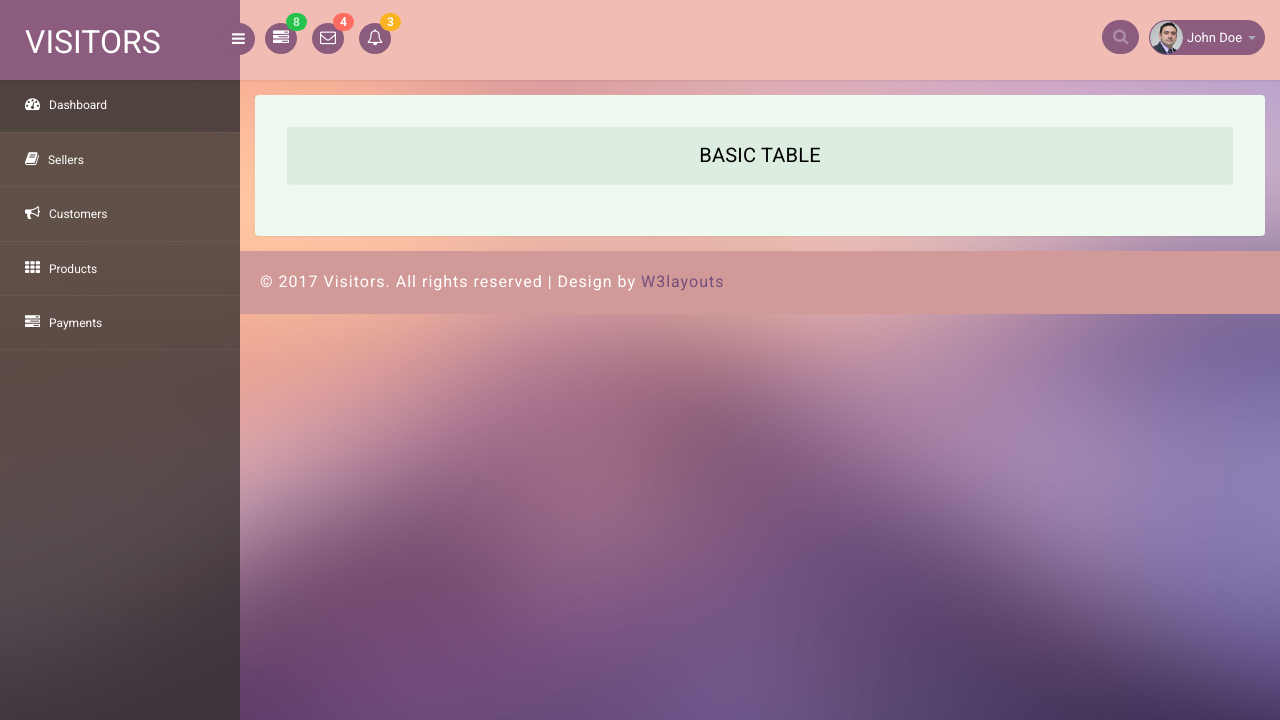
Repository: 72-faisal/Doctor_Finder
Page: http://localhost/Khajina_Doctor/admin-doctor_list.jsp
An editor plug-in stored every save of this project. The page is shown before and after the next save, followed by the edit.
The browser window is 1280 px wide. The pictures show the whole page.
The page is served by Tomcat 9. Other server files are loaded and not shown. Queries for data that is not in the repository find no rows.

Above is the page before, as saved 2023-05-06 19:28:38.

### Khajina_Doctor/src/main/webapp/admin-doctor_list.jsp
<%@page import="java.util.List"%>
<%@page import="model.Doctordata"%>
<%@page import="dao.Doctordao"%>
<%@page import="model.Patientdata"%>
<%@ page language="java" contentType="text/html; charset=UTF-8"
    pageEncoding="UTF-8"%>
<!--A Design by W3layouts
Author: W3layout
Author URL: http://w3layouts.com
License: Creative Commons Attribution 3.0 Unported
License URL: http://creativecommons.org/licenses/by/3.0/
-->
<!DOCTYPE html>
<head>
<title>Visitors an Admin Panel Category Bootstrap Responsive Website Template | Responsive_table :: w3layouts</title>
<meta name="viewport" content="width=device-width, initial-scale=1">
<meta http-equiv="Content-Type" content="text/html; charset=utf-8" />
<meta name="keywords" content="Visitors Responsive web template, Bootstrap Web Templates, Flat Web Templates, Android Compatible web template,
Smartphone Compatible web template, free webdesigns for Nokia, Samsung, LG, SonyEricsson, Motorola web design" />
<script type="application/x-javascript"> addEventListener("load", function() { setTimeout(hideURLbar, 0); }, false); function hideURLbar(){ window.scrollTo(0,1); } </script>
<!-- bootstrap-css -->
<link rel="stylesheet" href="admin/css/bootstrap.min.css" >
<!-- //bootstrap-css -->
<!-- Custom CSS -->
<link href="admin/css/style.css" rel='stylesheet' type='text/css' />
<link href="admin/css/style-responsive.css" rel="stylesheet"/>
<!-- font CSS -->
<link href='//fonts.googleapis.com/css?family=Roboto:400,100,100italic,300,300italic,400italic,500,500italic,700,700italic,900,900italic' rel='stylesheet' type='text/css'>
<!-- font-awesome icons -->
<link rel="stylesheet" href="admin/css/font.css" type="text/css"/>
<link href="admin/css/font-awesome.css" rel="stylesheet">
<!-- //font-awesome icons -->
<script src="admin/js/jquery2.0.3.min.js"></script>
</head>
<body>
<section id="container">
<!--header start-->
<header class="header fixed-top clearfix">
<!--logo start-->
<div class="brand">

    <a href="index.html" class="logo">
        VISITORS
    </a>
    <div class="sidebar-toggle-box">
        <div class="fa fa-bars"></div>
    </div>
</div>
<!--logo end-->

<div class="nav notify-row" id="top_menu">
    <!--  notification start -->
    <ul class="nav top-menu">
        <!-- settings start -->
        <li class="dropdown">
            <a data-toggle="dropdown" class="dropdown-toggle" href="#">
                <i class="fa fa-tasks"></i>
                <span class="badge bg-success">8</span>
            </a>
            <ul class="dropdown-menu extended tasks-bar">
                <li>
                    <p class="">You have 8 pending tasks</p>
                </li>
                <li>
                    <a href="#">
                        <div class="task-info clearfix">
                            <div class="desc pull-left">
                                <h5>Target Sell</h5>
                                <p>25% , Deadline  12 June’13</p>
                            </div>
                                    <span class="notification-pie-chart pull-right" data-percent="45">
                            <span class="percent"></span>
                            </span>
                        </div>
                    </a>
                </li>
                <li>
                    <a href="#">
                        <div class="task-info clearfix">
                            <div class="desc pull-left">
                                <h5>Product Delivery</h5>
                                <p>45% , Deadline  12 June’13</p>
                            </div>
                                    <span class="notification-pie-chart pull-right" data-percent="78">
                            <span class="percent"></span>
                            </span>
                        </div>
                    </a>
                </li>
                <li>
                    <a href="#">
                        <div class="task-info clearfix">
                            <div class="desc pull-left">
                                <h5>Payment collection</h5>
                                <p>87% , Deadline  12 June’13</p>
                            </div>
                                    <span class="notification-pie-chart pull-right" data-percent="60">
                            <span class="percent"></span>
                            </span>
                        </div>
                    </a>
                </li>
                <li>
                    <a href="#">
                        <div class="task-info clearfix">
                            <div class="desc pull-left">
                                <h5>Target Sell</h5>
                                <p>33% , Deadline  12 June’13</p>
                            </div>
                                    <span class="notification-pie-chart pull-right" data-percent="90">
                            <span class="percent"></span>
                            </span>
                        </div>
                    </a>
                </li>

                <li class="external">
                    <a href="#">See All Tasks</a>
                </li>
            </ul>
        </li>
        <!-- settings end -->
        <!-- inbox dropdown start-->
        <li id="header_inbox_bar" class="dropdown">
            <a data-toggle="dropdown" class="dropdown-toggle" href="#">
                <i class="fa fa-envelope-o"></i>
                <span class="badge bg-important">4</span>
            </a>
            <ul class="dropdown-menu extended inbox">
                <li>
                    <p class="red">You have 4 Mails</p>
                </li>
                <li>
                    <a href="#">
                        <span class="photo"><img alt="avatar" src="images/3.png"></span>
                                <span class="subject">
                                <span class="from">Jonathan Smith</span>
                                <span class="time">Just now</span>
                                </span>
                                <span class="message">
                                    Hello, this is an example msg.
                                </span>
                    </a>
                </li>
                <li>
                    <a href="#">
                        <span class="photo"><img alt="avatar" src="images/1.png"></span>
                                <span class="subject">
                                <span class="from">Jane Doe</span>
                                <span class="time">2 min ago</span>
                                </span>
                                <span class="message">
                                    Nice admin template
                                </span>
                    </a>
                </li>
                <li>
                    <a href="#">
                        <span class="photo"><img alt="avatar" src="images/3.png"></span>
                                <span class="subject">
                                <span class="from">Tasi sam</span>
                                <span class="time">2 days ago</span>
                                </span>
                                <span class="message">
                                    This is an example msg.
                                </span>
                    </a>
                </li>
                <li>
                    <a href="#">
                        <span class="photo"><img alt="avatar" src="images/2.png"></span>
                                <span class="subject">
                                <span class="from">Mr. Perfect</span>
                                <span class="time">2 hour ago</span>
                                </span>
                                <span class="message">
                                    Hi there, its a test
                                </span>
                    </a>
                </li>
                <li>
                    <a href="#">See all messages</a>
                </li>
            </ul>
        </li>
        <!-- inbox dropdown end -->
        <!-- notification dropdown start-->
        <li id="header_notification_bar" class="dropdown">
            <a data-toggle="dropdown" class="dropdown-toggle" href="#">

                <i class="fa fa-bell-o"></i>
                <span class="badge bg-warning">3</span>
            </a>
            <ul class="dropdown-menu extended notification">
                <li>
                    <p>Notifications</p>
                </li>
                <li>
                    <div class="alert alert-info clearfix">
                        <span class="alert-icon"><i class="fa fa-bolt"></i></span>
                        <div class="noti-info">
                            <a href="#"> Server #1 overloaded.</a>
                        </div>
                    </div>
                </li>
                <li>
                    <div class="alert alert-danger clearfix">
                        <span class="alert-icon"><i class="fa fa-bolt"></i></span>
                        <div class="noti-info">
                            <a href="#"> Server #2 overloaded.</a>
                        </div>
                    </div>
                </li>
                <li>
                    <div class="alert alert-success clearfix">
                        <span class="alert-icon"><i class="fa fa-bolt"></i></span>
                        <div class="noti-info">
                            <a href="#"> Server #3 overloaded.</a>
                        </div>
                    </div>
                </li>

            </ul>
        </li>
        <!-- notification dropdown end -->
    </ul>
    <!--  notification end -->
</div>
<div class="top-nav clearfix">
    <!--search & user info start-->
    <ul class="nav pull-right top-menu">
        <li>
            <input type="text" class="form-control search" placeholder=" Search">
        </li>
        <!-- user login dropdown start-->
        <li class="dropdown">
            <a data-toggle="dropdown" class="dropdown-toggle" href="#">
                <img alt="" src="images/2.png">
                <span class="username">John Doe</span>
                <b class="caret"></b>
            </a>
            <ul class="dropdown-menu extended logout">
                <li><a href="#"><i class=" fa fa-suitcase"></i>Profile</a></li>
                <li><a href="#"><i class="fa fa-cog"></i> Settings</a></li>
                <li><a href="login.html"><i class="fa fa-key"></i> Log Out</a></li>
            </ul>
        </li>
        <!-- user login dropdown end -->

    </ul>
    <!--search & user info end-->
</div>
</header>
<!--header end-->
<!--sidebar start-->
<aside>
    <div id="sidebar" class="nav-collapse">
        <!-- sidebar menu start-->
        <div class="leftside-navigation">
            <ul class="sidebar-menu" id="nav-accordion">
                <li>
                    <a class="active" href="admin-home.jsp">
                        <i class="fa fa-dashboard"></i>
                        <span>Dashboard</span>
                    </a>
                </li>

                <li class="sub-menu">
                    <a href="admin-seller-list.jsp">
                        <i class="fa fa-book"></i>
                        <span>Sellers</span>
                    </a>
                </li>
                <li>
                    <a href="admin-customer-list.jsp">
                        <i class="fa fa-bullhorn"></i>
                        <span>Customers</span>
                    </a>
                </li>
                <li class="sub-menu">
                    <a href="admin-product-list.jsp">
                        <i class="fa fa-th"></i>
                        <span>Products</span>
                    </a>
                </li>
                <li class="sub-menu">
                    <a href="all-payments.jsp">
                        <i class="fa fa-tasks"></i>
                        <span>Payments</span>
                    </a>
                </li>

            </ul>            </div>
        <!-- sidebar menu end-->
    </div>
</aside>
<!--sidebar end-->
<!--main content start-->
<section id="main-content">
	<section class="wrapper">
		<div class="table-agile-info">
 <div class="panel panel-default">
    <div class="panel-heading">
     Basic table
    </div>
    <div>
      <table class="table" ui-jq="footable" ui-options='{
        "paging": {
          "enabled": true
        },
        "filtering": {
          "enabled": true
        },
        "sorting": {
          "enabled": true
        }}'>
        <thead>
          <tr>
          <%List<Doctordata> list=Doctordao.getalldoctor();  %>
		<%for(Doctordata d:list){ %>
            <th data-breakpoints="xs">ID</th>
            <th>Name</th>
            <th>Contact Number</th>
            <th data-breakpoints="xs">Specialist</th>

            <th data-breakpoints="xs sm md" data-title="DOB">Clinic address</th>
          </tr>
        </thead>
        <tbody>
          <tr data-expanded="true">
            <td><%=d.getDid() %></td>
            <td><%=d.getDname() %></td>
            <td><%=d.getDContact() %></td>
            <td><%=d.getDspeciality() %></td>

            <td><%=d.getDcaddress()%></td>
          </tr>

          <%} %>
        </tbody>
      </table>
    </div>
  </div>
</div>
</section>
 <!-- footer -->
		  <div class="footer">
			<div class="wthree-copyright">
			  <p>© 2017 Visitors. All rights reserved | Design by <a href="http://w3layouts.com">W3layouts</a></p>
			</div>
		  </div>
  <!-- / footer -->
</section>

<!--main content end-->
</section>
<script src="admin/js/bootstrap.js"></script>
<script src="admin/js/jquery.dcjqaccordion.2.7.js"></script>
<script src="admin/js/scripts.js"></script>
<script src="admin/js/jquery.slimscroll.js"></script>
<script src="admin/js/jquery.nicescroll.js"></script>
<!--[if lte IE 8]><script language="javascript" type="text/javascript" src="js/flot-chart/excanvas.min.js"></script><![endif]-->
<script src="admin/js/jquery.scrollTo.js"></script>
</body>
</html>

### Khajina_Doctor/src/main/java/connection/Dbconnection.java
package connection;

import java.sql.Connection;
import java.sql.DriverManager;

public class Dbconnection {
	public static Connection getconnection() {
		Connection con=null;
		try {
			Class.forName("com.mysql.cj.jdbc.Driver");
			con=DriverManager.getConnection("jdbc:mysql://localhost:3306/dockhajina", "root", "");

		} catch (Exception e) {
			e.printStackTrace();
		}
		return con;
	}

}

### Khajina_Doctor/src/main/webapp/admin/css/style-responsive.css
@media (min-width: 768px) and (max-width: 980px) {
    /*-*/
    .prd-row .action {
        right: 25px;
    }

    .hr-menu .brand{
        width: 100%;
    }

    .hr-menu .horizontal-menu {
        margin: 10px 0;
    }

    .hr-menu .hr-top-nav {
        margin-top: 10px;
        float: right;
    }
    .media-gal .item {
        width: 100%;
    }

    .media-filter {
        margin: 25px 0;
    }
}

@media (min-width: 480px) and (max-width: 767px) {
  .header{
    position: relative! important;
    margin-top: 80px ! important;
}
    .merge-header{
        margin-right: 0px !important;
    }
.brand{
    width: 100%;
    float: none;
    position: fixed;
    top: 0px;
    z-index: 1005;
}
    .sidebar-toggle-box{
        right: 10px;
    }
    .top-nav{
        margin-bottom: 20px;
    }
    .top-menu{
        margin-right: 10px;
    }
    .wrapper{
        margin-top: 0px;
    }
    ul.sidebar-menu {
        margin-top: 0px;
    }
    #sidebar{
        position: fixed !important;
        z-index: 1002;
        top: 80px;
    }
    #main-content{
        margin-left: 0px;
    }
    /*calendar*/
    .fc-button-inner {
        padding: 0;
    }
    /*-*/
    .prd-row .action {
        right: 25px;
    }

    .weather-full-info ul li {
        width: 15.8%;
    }

    .today-status {
        margin-bottom: 10px;
    }

    .hr-toggle {
        background: #32D2C9;
        color: rgba(0, 0, 0, 0.3);
        border-radius: 50%;
        -webkit-border-radius: 50%;
        height: 30px;
        line-height: 0;
        margin-top: -58px;
        position: fixed;
        right: 10px;
        width: 30px;
        z-index: 10000;
    }

    .hr-top-nav {
        display: inline-block;
        float: right;
        margin: 10px 0;
    }

    .horizontal-menu {
        width: 100%;
    }

    .horizontal-menu .navbar-nav > li {
        margin-bottom: 10px;
    }
    .lock-wrapper {
        padding: 0 20px;
    }

    .lock-wrapper img {
        width: 140px;
        height: 140px;
        margin-top: 10px;
    }

    .lock-pwd input {
        width: 70%;
    }

    #time {
        font-size: 100px;
    }
    .media-gal .item {
        width: 100%;
    }
    .media-filter {
        margin: 25px 0;
    }

    .media-filter + .pull-right, .media-filter + .pull-right + .btn  {
        float: left !important;
    }


}
@media (max-width:767px){

    .fixed-width #container, .fixed-width #container .header {
        width: 100%;
    }

    #sidebar{
        margin-left:-240px;
        -webkit-transition:all .3s ease-in-out;
        -moz-transition:all .3s ease-in-out;
        -o-transition:all .3s ease-in-out;
        transition:all .3s ease-in-out;
    }
    .hide-left-bar {
        margin-left:0px!important;
    }
    ul.sidebar-menu{
        padding-top: 0px;
    }
    /*-*/
    .prd-row .action {
        right: 25px;
    }
    .lock-wrapper {
        padding: 0 20px;
    }
    .lock-wrapper img {
        width: 140px;
        height: 140px;
        margin-top: 10px;
    }
    .lock-pwd input {
        width: 70%;
    }

    #time {
        font-size: 100px;
    }

    .media-gal .item {
        width: 100%;
    }
    .media-filter {
        margin: 25px 0;
    }

    .media-filter + .pull-right, .media-filter + .pull-right + .btn  {
        float: left !important;
    }

}
@media (max-width: 479px) {
    body{
        margin-top:80px !important;
    }
    .header{
        position: relative !important;

    }
    .merge-header{
        margin-right: 0px !important;
    }
    .brand{
        width: 100%;
        float: none;
        position: fixed;
        top: 0px;
        z-index: 1005;
    }
    .sidebar-toggle-box{
        right: 10px;
    }
    .top-nav{
        margin-bottom: 20px;
    }
    .top-menu{
        margin-right: 10px;
    }
    .wrapper{
        margin-top: 0px;
    }
    ul.sidebar-menu {
        margin-top: 0px;
    }
    #sidebar{
        position: fixed !important;
        z-index: 1002;
        top: 80px;
    }
    #main-content{
        margin-left: 0px;
    }
    .notify-row{
        float: none;
    }
    /*calendar*/
    .fc-button-inner, .fc-button-content {
        padding: 0;
    }
    .fc-header-title h2 {
        font-size: 12px!important;
    }
    .fc .fc-header-space {
        padding-left: 0;
    }
    .fc-state-active, .fc-state-active .fc-button-inner, .fc-state-active, .fc-button-today .fc-button-inner, .fc-state-hover, .fc-state-hover .fc-button-inner {
        background: none repeat scroll 0 0 #FFFFFF !important;
        color: #32323A !important;
    }
    .fc-state-default, .fc-state-default .fc-button-inner {
        background: none repeat scroll 0 0 #FFFFFF !important;
    }

    /*-*/
    .prd-row .action {
        right: 25px;
    }

    .weather-full-info ul li {
        width: 30%;
        margin-bottom: 10px;
    }

    .today-status {
        margin-bottom: 10px;
    }

    .hr-toggle {
        background: #32D2C9;
        color: rgba(0, 0, 0, 0.3);
        border-radius: 50%;
        -webkit-border-radius: 50%;
        height: 30px;
        line-height: 0;
        margin-top: -58px;
        position: fixed;
        right: 10px;
        width: 30px;
        z-index: 10000;
    }

    .hr-top-nav {
        display: inline-block;
        float: right;
        margin: 10px 0;
    }
    .horizontal-menu {
        width: 100%;
    }

    .horizontal-menu .navbar-nav > li {
        margin-bottom: 10px;
    }

    .lock-wrapper {
        padding: 0 20px;
    }
    .lock-wrapper img {
        width: 100px;
        height: 100px;
        margin-top: -25px;
    }

    .lock-pwd input {
        width: 70%;
    }

    #time {
        font-size: 50px;
    }

    .lock-pwd {
        padding: 0;
    }

    .media-gal .item {
        width: 100%;
    }

    .media-filter {
        margin: 5px 0;
    }

    .media-filter + .pull-right, .media-filter + .pull-right + .btn  {
        float: left !important;
    }

    .media-filter li a {
        margin-bottom: 10px;
        display: inline-block;
    }
}

Loaded but not shown: Khajina_Doctor/src/main/webapp/admin/css/bootstrap.min.css (library); Khajina_Doctor/src/main/webapp/admin/css/font.css (library); Khajina_Doctor/src/main/webapp/admin/css/font-awesome.css (library); Khajina_Doctor/src/main/webapp/admin/js/jquery2.0.3.min.js (library); Khajina_Doctor/src/main/webapp/admin/js/bootstrap.js (library); Khajina_Doctor/src/main/webapp/admin/js/jquery.dcjqaccordion.2.7.js (library); Khajina_Doctor/src/main/webapp/admin/js/jquery.slimscroll.js (library); Khajina_Doctor/src/main/webapp/admin/js/jquery.nicescroll.js (library); Khajina_Doctor/src/main/webapp/admin/js/jquery.scrollTo.js (library); Khajina_Doctor/src/main/webapp/admin/js/scripts.js (290 lines, source omitted); Khajina_Doctor/src/main/webapp/admin/css/style.css (3146 lines, source omitted); Khajina_Doctor/src/main/java/dao/Doctordao.java (357 lines, source omitted)

After the next save:
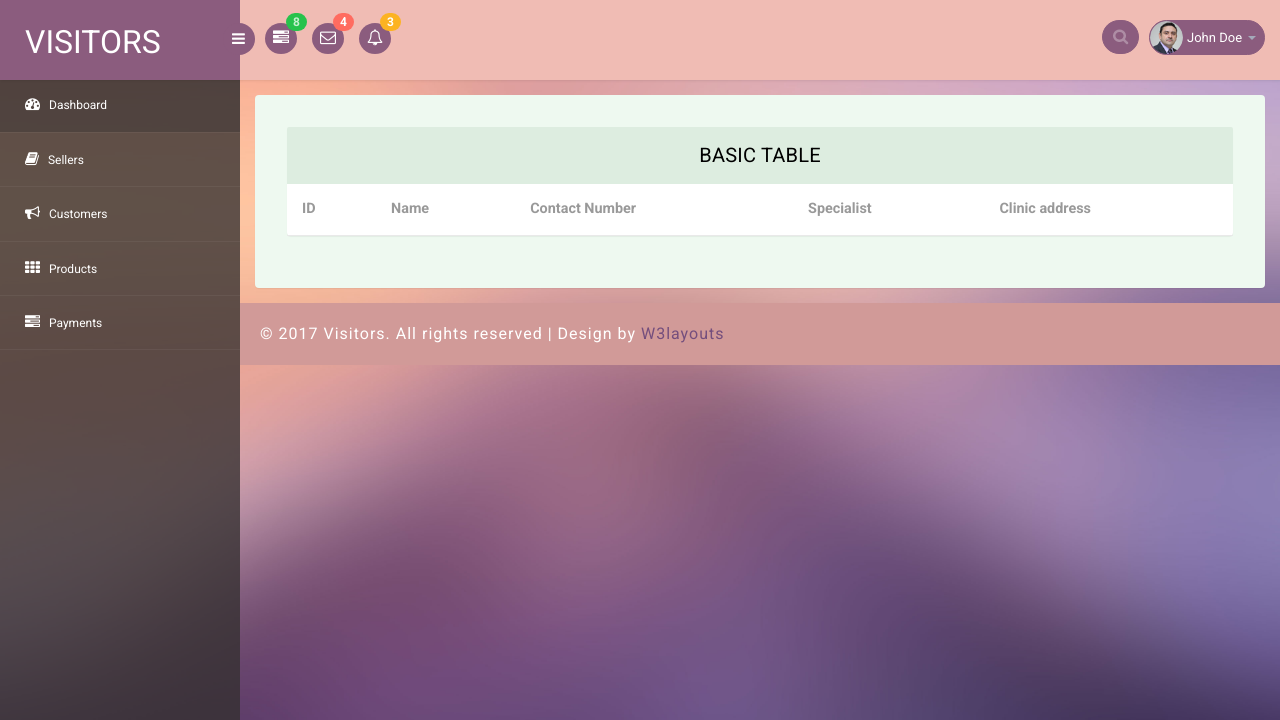
Saved 102 s later.
--- a/Khajina_Doctor/src/main/webapp/admin-doctor_list.jsp
+++ b/Khajina_Doctor/src/main/webapp/admin-doctor_list.jsp
@@ -316,8 +316,7 @@ Smartphone Compatible web template, free webdesigns for Nokia, Samsung, LG, Sony
         }}'>
         <thead>
           <tr>
-          <%List<Doctordata> list=Doctordao.getalldoctor();  %>
-		<%for(Doctordata d:list){ %>
+
             <th data-breakpoints="xs">ID</th>
             <th>Name</th>
             <th>Contact Number</th>
@@ -327,6 +326,8 @@ Smartphone Compatible web template, free webdesigns for Nokia, Samsung, LG, Sony
           </tr>
         </thead>
         <tbody>
+          <%List<Doctordata> list=Doctordao.getalldoctor();  %>
+		<%for(Doctordata d:list){ %>
           <tr data-expanded="true">
             <td><%=d.getDid() %></td>
             <td><%=d.getDname() %></td>
